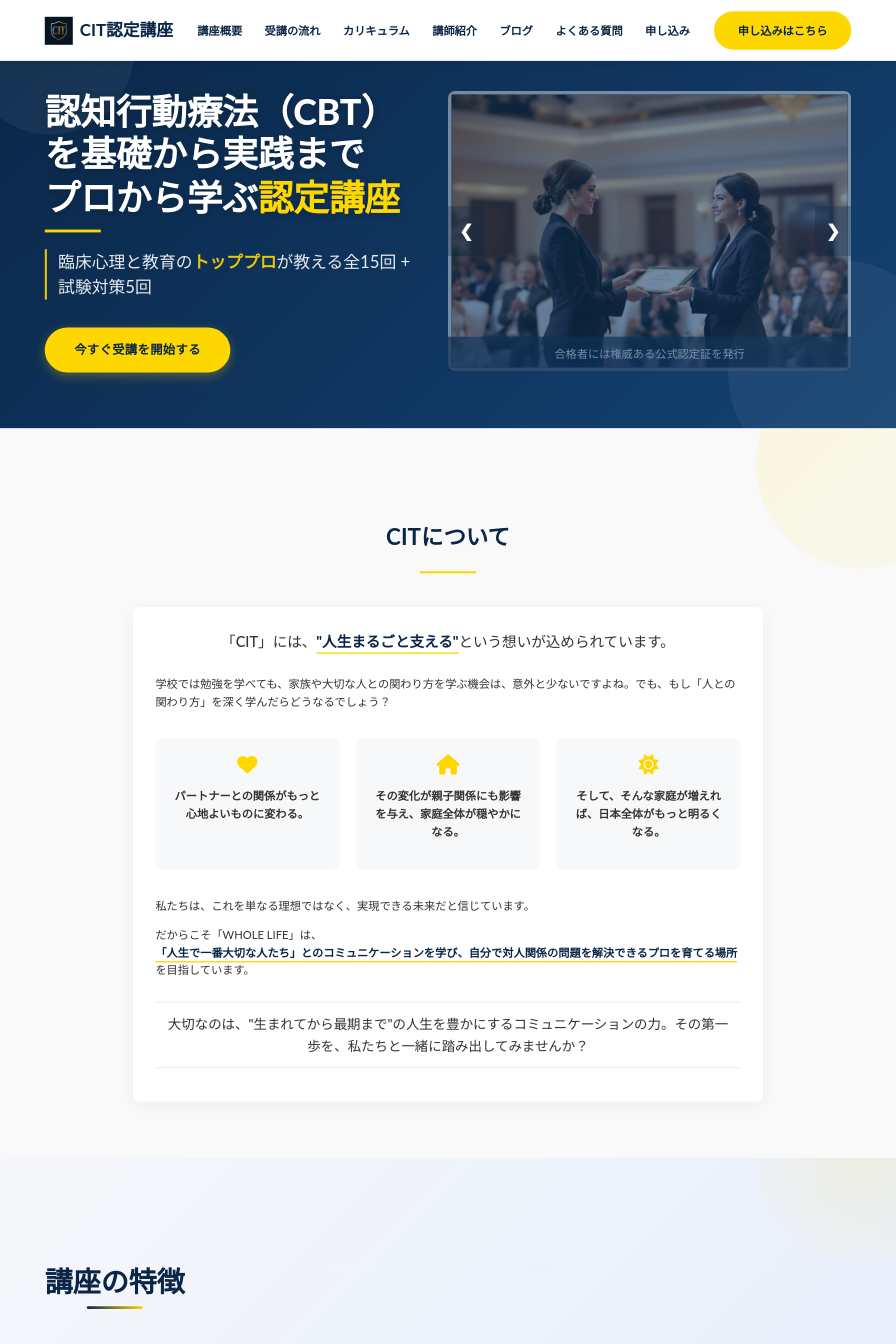
Repository: matsuki0821/-fuan-gata-kanpeki-shugi
Page: index.html
The author's editor kept a copy of each file at every save. The page is drawn from the files as they stood at one save, then again after the next save.
The browser window is 1280 px wide. The pictures show the part of the page from y = 0 to 1920 px (the page is 9784 px tall), at 70% of full size.

Above is the page before, as saved 2025-03-16 21:08:00.

After the next save:
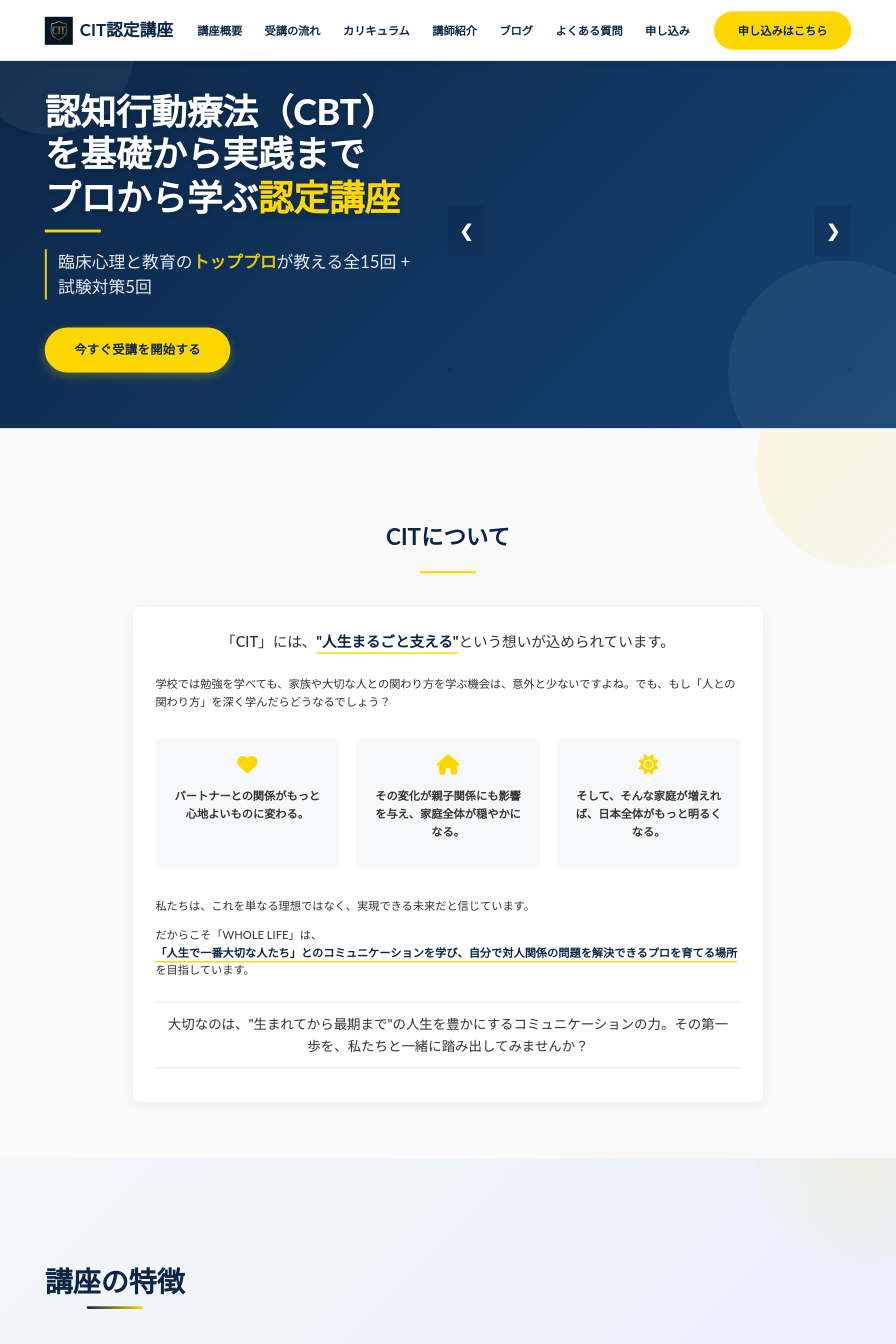
Saved 1 s later.
--- a/index.html
+++ b/index.html
@@ -9,78 +9,7 @@
     <link rel="stylesheet" href="styles.css">
 </head>
 
-<script>
-    // グローバル変数として定義
-    let slideIndex = 1;
-
-    // スライド関数をグローバルに定義
-    function plusSlides(n) {
-        showSlides(slideIndex += n);
-    }
-
-    function currentSlide(n) {
-        showSlides(slideIndex = n);
-    }
-
-    function showSlides(n) {
-        let slides = document.getElementsByClassName("slide");
-        let dots = document.getElementsByClassName("dot");
-
-        if (!slides.length || !dots.length) return;
-
-        if (n > slides.length) {slideIndex = 1}
-        if (n < 1) {slideIndex = slides.length}
-
-        // すべてのスライドを非表示に
-        for (let i = 0; i < slides.length; i++) {
-            slides[i].style.display = "none";
-        }
-
-        for (let i = 0; i < dots.length; i++) {
-            dots[i].className = dots[i].className.replace(" active-dot", "");
-        }
-
-        // 現在のスライドだけを表示
-        slides[slideIndex-1].style.display = "block";
-        dots[slideIndex-1].className += " active-dot";
-    }
-
-    // ページ読み込み時に実行
-    document.addEventListener('DOMContentLoaded', function() {
-        // 最初に全てのスライドを非表示にする
-        let slides = document.getElementsByClassName("slide");
-        for (let i = 0; i < slides.length; i++) {
-            slides[i].style.display = "none";
-        }
-
-        // 最初のスライドだけを表示
-        if (slides.length > 0) {
-            slides[0].style.display = "block";
-        }
-
-        // 初期表示
-        showSlides(slideIndex);
-
-        // 自動スライドショー
-        let slideInterval = setInterval(function() {
-            plusSlides(1);
-        }, 5000);
-
-        // スライドショーの要素にマウスが乗ったらタイマーを停止
-        const slideshowContainer = document.querySelector('.slideshow-container');
-        if (slideshowContainer) {
-            slideshowContainer.addEventListener('mouseenter', function() {
-                clearInterval(slideInterval);
-            });
-
-            slideshowContainer.addEventListener('mouseleave', function() {
-                slideInterval = setInterval(function() {
-                    plusSlides(1);
-                }, 5000);
-            });
-        }
-    });
-    </script>
+
 
 <body>
     <!-- ヘッダー -->
